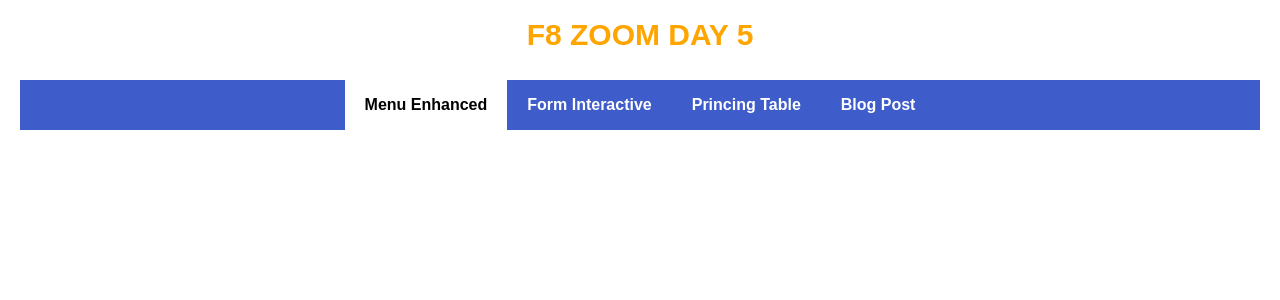
Repository: lannguyen1301/f8-zoom-day-5
Page: index.html
These files come from the project's save history. The page is drawn as it stood at one moment and after a run of saves; the edit follows.
The browser window is 1280 px wide. The pictures show the whole page.
The first visible `a` is being pressed.

Above is the page before, as saved 2025-04-21 19:04:46.

### index.html
<!DOCTYPE html>
<html lang="en">

<head>
    <meta charset="UTF-8">
    <meta name="viewport" content="width=device-width, initial-scale=1.0">
    <title>F8 ZOOM DAY 5</title>
    <link rel="stylesheet" href="./assets/css/reset.css">
    <link rel="stylesheet" href="./assets/css/style.css">
</head>

<body>
    <div class="inner">
        <h1 class="title-desc">F8 ZOOM DAY 5</h1>
        <nav class="navbar">
            <ul class="navbar__list">
                <li class="navbar__item active">
                    <a href="./menu-enhanced.html" class="navbar__link" target="_blank">Menu Enhanced</a>
                </li>
                <li class="navbar__item">
                    <a href="./form-interactive.html" class="navbar__link" target="_blank">Form Interactive</a>
                </li>
                <li class="navbar__item">
                    <a href="./pricing-table.html" class="navbar__link" target="_blank">Princing Table</a>
                </li>
                <li class="navbar__item">
                    <a href="./blog-post.html" class="navbar__link" target="_blank">Blog Post</a>
                </li>
            </ul>
        </nav>
    </div>
</body>

</html>

### assets/css/style.css
* {
    box-sizing: border-box;
}

html {
    font-size: 62.5%;
}

body {
    font-size: 1.6rem;
    font-family: "poppins", sans-serif;
}

/* common*/
a {
    text-decoration: none;
}

.inner {
    margin: 0 auto;
    padding: 20px;
}

.title-desc {
    font-size: 3rem;
    text-align: center;
    font-weight: 900;
    color: orange;
}

.navbar__list {
    display: flex;
    align-items: center;
    justify-content: center;
    margin-top: 30px;
    background-color: #3e5cca;
}

.navbar__item {
    height: 50px;
}

.navbar__link {
    display: inline-block;
    color: #fff;
    line-height: 50px;
    padding: 0 20px;
    font-weight: 700;
    font-size: 1.6rem;
}

.active,
.navbar__list .navbar__item:hover > .navbar__link {
    background-color: #fff;
    color: #000;
}

.active > a {
    color: #000;
}

/* .navbar__item .navbar__link:active {
    color: rgb(226, 19, 99);
    background-color: orange;
} */

/* li a:active {
    color: rgb(226, 19, 99);
    background-color: orange;
} */

a:active {
    color: green;
}

Loaded but not shown: assets/css/reset.css (common file)

After the next 2 saves:
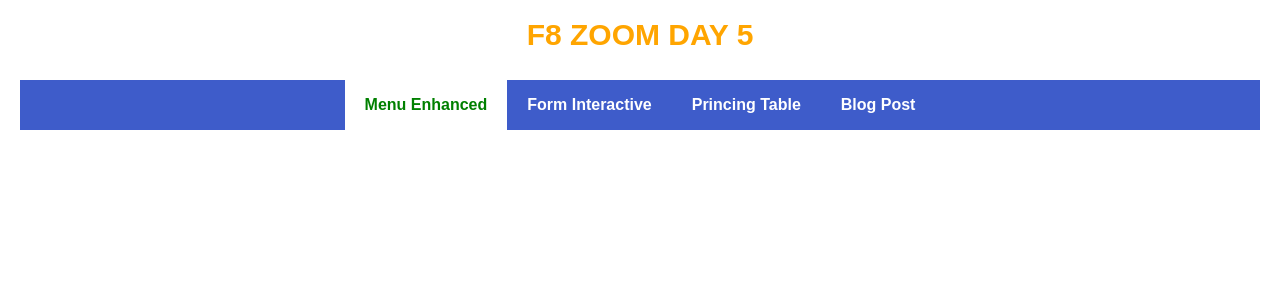
The 2 saves are shown as one change because they came seconds apart.
The last was saved 53 s later.
--- a/assets/css/style.css
+++ b/assets/css/style.css
@@ -70,5 +70,5 @@
 } */
 
 a:active {
-    color: green;
+    color: green !important;
 }

After the save that followed:
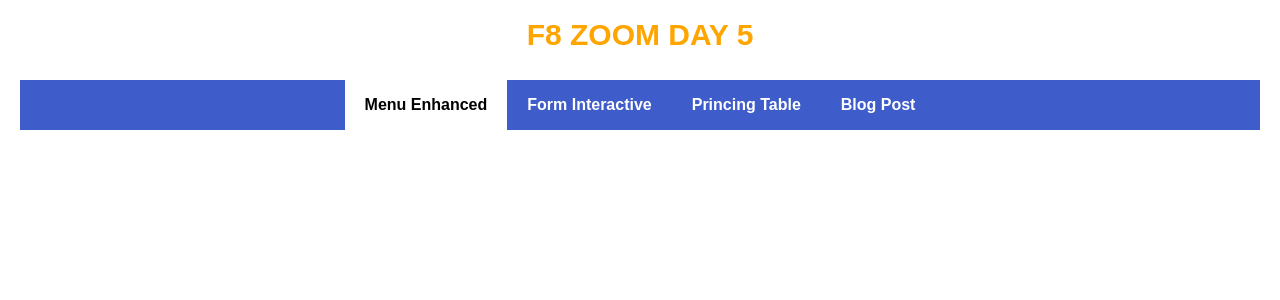
Saved 87 s later.
--- a/assets/css/style.css
+++ b/assets/css/style.css
@@ -70,5 +70,5 @@
 } */
 
 a:active {
-    color: green !important;
+    color: green;
 }
